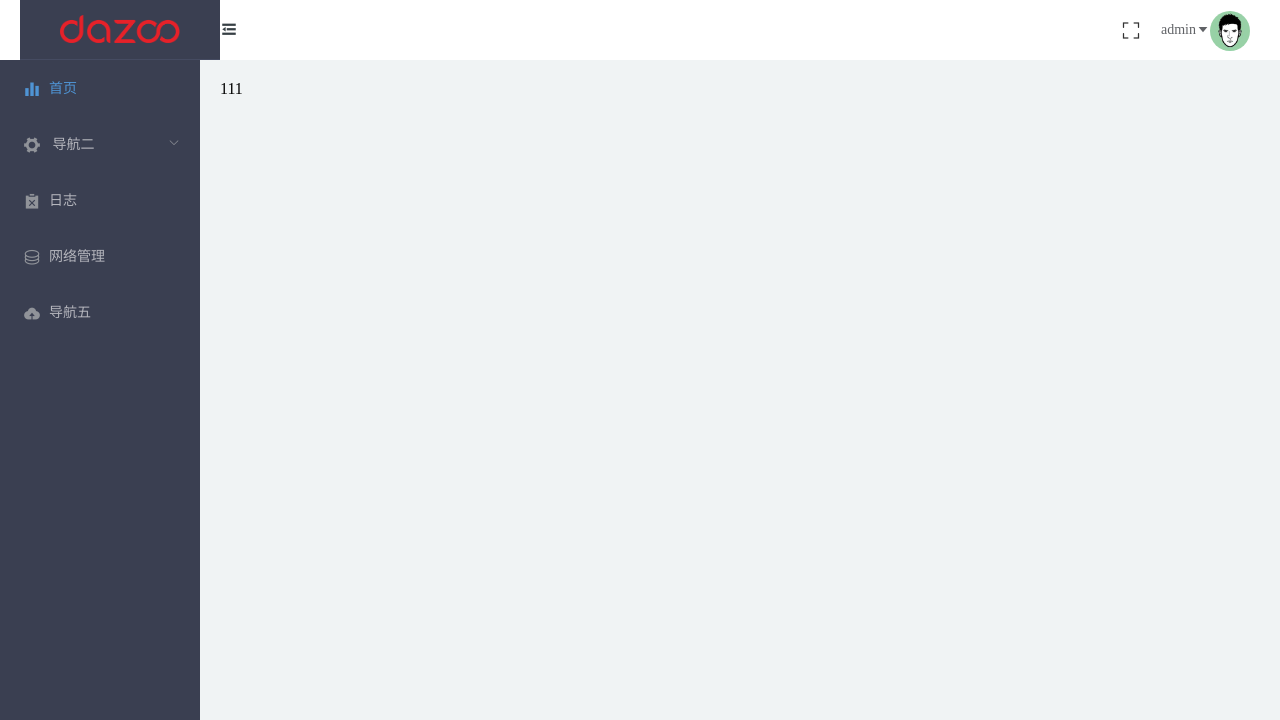
Repository: TomGodb/dazoo-admin
Page: /#/Home
An editor plug-in stored every save of this project. The page is shown before and after a run of saves, followed by the edit.
The browser window is 1280 px wide. The pictures show the whole page.
The project was rebuilt for these pictures with package versions that can differ from the ones it lists, and the page was loaded fresh each time. Also part of the build but not shown: vue.config.js, src/components/SlideVerify/index.vue, src/utils/request.js, src/views/login/http.js, src/views/login/index.vue.

Above is the page before, as saved 2021-01-23 10:45:24.

### public/index.html
<!DOCTYPE html>
<html lang="">
  <head>
    <meta charset="utf-8">
    <meta http-equiv="X-UA-Compatible" content="IE=edge">
    <meta name="viewport" content="width=device-width,initial-scale=1.0">
    <link rel="icon" href="<%= BASE_URL %>favicon.ico">
    <title>运维管理后台</title>
  </head>
  <body>
    <noscript>
      <strong>We're sorry but <%= htmlWebpackPlugin.options.title %> doesn't work properly without JavaScript enabled. Please enable it to continue.</strong>
    </noscript>
    <div id="app"></div>
    <!-- built files will be auto injected -->
  </body>
</html>

### src/main.js
import Vue from "vue";
import App from "./App.vue";
import router from "./router";
import store from "./store";
import ElementUI from 'element-ui';
import 'element-ui/lib/theme-chalk/index.css';
Vue.config.productionTip = false;
Vue.use(ElementUI);
new Vue({
  router,
  store,
  render: h => h(App)
}).$mount("#app");

### src/App.vue
<template>
  <div id="app">
    <!-- <div id="nav">
      <router-link to="/">Home</router-link> |
      <router-link to="/about">About</router-link>
    </div> -->
    <router-view />
  </div>
</template>

<style lang="less">
* {
  padding: 0;
  margin: 0;
}
body,
html {
  height: 100%;
}
#app {
  font-family: "\5FAE\8F6F\96C5\9ED1";
  height: 100%;
}

// #nav {
//   padding: 30px;
//   a {
//     font-weight: bold;
//     color: #2c3e50;
//     &.router-link-exact-active {
//       color: #42b983;
//     }
//   }
// }
</style>

### src/router/index.js
import Vue from "vue";
import VueRouter from "vue-router";

import login from "@v/login/index.vue";
import Home from "@/Home/index.vue";
Vue.use(VueRouter);
import module from './modole'

export const currencyRoutes = [{
    path: "/",
    name: "login",
    component: login,
  },
  {
    path: "/Home",
    name: "Home",
    component: Home,
    redirect: "/dashbord",
    children: module,

  },
];
const router = new VueRouter({
  mode: "hash",
  base: process.env.BASE_URL,
  routes: currencyRoutes
});

export default router;

### src/store/index.js
import Vue from "vue";
import Vuex from "vuex";
import getters from "./getters"

Vue.use(Vuex);
export default new Vuex.Store({
  state: {
    opened: false
  },
  mutations: {
    SET_OPENED(state) {
      state.opened = !state.opened;
    },
  },
  actions: {},
  modules: {},
  getters
});

### src/Home/index.vue
<template>
  <div class="home-container">
    <el-container>
      <el-header> <m-header></m-header></el-header>
      <el-container>
        <el-aside :width="opened ? '64px' : '200px'">
          <el-menu
            :default-active="activeMenu"
            class="el-menu-vertical-demo"
            background-color="#3a3f51"
            text-color="#b5b6bd"
            active-text-color="rgb(79, 148, 212)"
            mode="vertical"
            :collapse-transition="false"
            router
            :collapse="opened"
          >
            <NavMenu :navMenus="menuData"></NavMenu>
          </el-menu>
        </el-aside>
        <el-main>
          <transition name="fade-page" mode="out-in">
            <router-view></router-view> </transition
        ></el-main>
      </el-container>
    </el-container>
    <!-- <el-container>
      <el-aside :width="opened ? '64px' : '200px'">
        <el-menu
          :default-active="activeMenu"
          class="el-menu-vertical-demo"
          background-color="#3a3f51"
          text-color="#b5b6bd"
          active-text-color="rgb(79, 148, 212)"
          mode="vertical"
          :collapse-transition="false"
          router
          :collapse="opened"
        >
          <NavMenu :navMenus="menuData"></NavMenu>
        </el-menu>
      </el-aside>
      <el-container>
        <el-header>
          <m-header></m-header>

        </el-header>
        <el-main>
          <transition name="fade-page" mode="out-in">
            <router-view></router-view>
          </transition>
        </el-main>
      </el-container>
    </el-container> -->
  </div>
</template>

<script>
import NavMenu from "./NavMenu";
import { mapGetters } from "vuex";
import MHeader from "./Header";
import { menuData } from "./NavMenu/meunDataRouter";
export default {
  components: {
    NavMenu,
    MHeader,
  },
  data() {
    return {
      menuData,
    };
  },
  computed: {
    activeMenu() {
      return this.$route.path;
    },
    ...mapGetters(["opened"]),
  },
};
</script>

<style lang="less" scoped>
.el-header,
.el-footer {
  // background-color: #b3c0d1;
  color: #333;
  // text-align: center;
  // line-height: 60px;
}
.home-container {
  height: 100%;
  .el-aside {
    transition: width 0.3s;
    overflow: hidden;
    background-color: rgb(58, 63, 81);
  }
  .el-menu {
    border-right: 0px !important;
  }
  .fade-page-enter-active,
  .fade-page-leave-active {
    transition: all 0.5s;
  }
  .fade-page-enter {
    opacity: 0;
    transform: translateX(-30px);
  }
  .fade-page-leave-to {
    opacity: 0;
    transform: translateX(-30px);
  }
}
.el-container {
  // height:calc(100% - 60px);
  height: 100%;
}
.el-main {
  background-color: #f0f3f4;
}
</style>
<style>
.el-menu--collapse .el-submenu__title span {
  display: none;
}
/*隐藏 > */
.el-menu--collapse .el-submenu__title .el-submenu__icon-arrow {
  display: none;
}
.el-header{
  padding: 0px;
}
</style>

### src/router/modole/index.js
import aaa from './aaa'
let routesArray = []

let toArray = (pages) => {
  Object.keys(pages).forEach((key) => {
    let obj = pages[key]
    Object.keys(obj).forEach((key) => {
      routesArray.push(obj[key])
    })
  })
}
toArray([aaa])

export default routesArray

### src/store/getters.js

const getters ={
    opened(state){
        return state.opened
    }
}
export default getters;

### src/Home/NavMenu/index.vue
<template>
  <div class="navMenu">

    <template v-for="navMenu in navMenus">
      <!-- 最后一级菜单 -->
      <el-menu-item
        v-if="!navMenu.children && navMenu"
        :key="navMenu.id"
        :data="navMenu"
        :index="navMenu.path"
      >
        <i :class="navMenu.meta.icon"></i>
        <span slot="title">{{ navMenu.meta.title }}</span>
      </el-menu-item>
      <!-- 此菜单下还有子菜单 -->
      <el-submenu
        v-if="navMenu.children && navMenu"
        :key="navMenu.id"
        :data="navMenu"
        :index="navMenu.path"
      >
        <template slot="title">
          <i :class="navMenu.meta.icon"></i>
          <span> {{ navMenu.meta.title }}</span>
        </template>
        <!-- 递归 -->
        <NavMenu :navMenus="navMenu.children"></NavMenu>
      </el-submenu>
    </template>
  </div>
</template>

<script>
import { mapGetters } from "vuex";
export default {
  computed: {
    ...mapGetters(["opened"]),
  },
  name: "NavMenu",
  props: ["navMenus"],
  data() {
    return {};
  },
  methods: {},
};
</script>
<style lang="less" scoped>
.header_l {
  border-bottom: 1px solid #454b61;
  width: 200px;
  height: 60px;
  line-height: 60px;
  text-align: center;
  color: white;
  font-size: 15px;
  font-weight: 700;
  img {
    height: 28px;
    vertical-align: middle;
    // margin-right: 8px;
    position: relative;
    top: -3px;
  }
}
</style>

### src/Home/Header/index.vue
<template>
  <div class="sideCollapse">
    <div class="header_l" :style="{ width: opened ? '64px' : '200px' }">
      <img v-if="opened" src="@a/ImgSrc/Home-logo/dazoo-logo.png" alt="logo" />
      <img v-else src="@a/ImgSrc/Home-logo/logo.jpg" alt="logo" />
    </div>
    <div class="sideCollapse-left" id="domColapse">
      <i
        :class="{ 'el-icon-s-unfold': opened, 'el-icon-s-fold': !opened }"
        @click="toggleOpen()"
      ></i>
    </div>
    <div class="sideCollapse-right">
      <user-dropdown></user-dropdown>
    </div>
  </div>
</template>

<script>
import { mapGetters } from "vuex";
import UserDropdown from "./UserDropdown";
export default {
  components: {
    UserDropdown,
  },
  computed: {
    ...mapGetters(["opened"]),
    // toggleClass() {
    //   return {
    //     'el-icon-s-unfold': this.opened === 'true',
    //     'el-icon-s-fold': this.opened !== 'true'
    //   }
    // }
  },
  methods: {
    toggleOpen() {
      this.$store.commit("SET_OPENED");
    },
  },
};
</script>
<style lang="less" scoped>
.sideCollapse-left {
  float: left;

  font-size: 18px;
  color: #363f44;
  cursor: pointer;
}
.sideCollapse {
  background-color: white;
  line-height: 60px;
  height: 100%;
}
.sideCollapse-right {
  float: right;
}
.header_l {
  transition: width 0.3s;
  float: left;
  background-color: #3a3f51;
  border-bottom: 1px solid #454b61;
  width: 200px;
  height: 59px;
  // line-height: 59px;
  text-align: center;
  color: white;
  font-size: 15px;
  font-weight: 700;
  img {
    height: 28px;
    vertical-align: middle;
    // margin-right: 8px;
    position: relative;
    top: -3px;
  }
}
</style>

### src/Home/NavMenu/meunDataRouter.js
const menuData = [{
        id: 1,
        meta: {
            title: "首页",
            icon: "el-icon-s-data"
        },
        path: "/dashbord",
    },
    {
        id: 2,
        meta: {
            title: "导航二",
            icon: "el-icon-s-tools"
        },
        path: "/dashbord/aaa",

        children: [{

            path: "/dashbord/aaa",
            meta: {
                title: "导航2-1",
                icon: "el-icon-s-tools"
            },
        }]
    },
    {
        id: 3,
        meta: {
            title: "日志",
            icon: "el-icon-s-release"
        },
        path: "/",
    },
    {
        id: 4,
        meta: {
            title: "网络管理",
            icon: "el-icon-coin"
        },
        path: "/",
    },
    {
        id: 5,
        meta: {
            title: "导航五",
            icon: "el-icon-upload"
        },
        path: "/",
    },
]

export {
    menuData
}

### src/router/modole/aaa.js
export default [{
        path: "/dashbord",
        name: "Dashbord",
        component: () => import("@v/dashbord"),
        meta: {
            title: "首页",
            icon: "el-icon-s-data"
        }
    },
    {
        path: "/dashbord/aaa",
        name: "aaa",
        component: () => import("@v/aaa"),
        meta: {
            title: "aaa",
            icon: "el-icon-s-data"
        }
    },
]

### src/Home/Header/UserDropdown.vue
<template>
  <div>
    <div class="hoverBag" @click="toggleFull">
      <i class="el-icon-full-screen iconFont"></i>
    </div>
    <el-dropdown class="userDd hoverBag" @command="handleCommand">
      <div class="userDrop">
        <span class="userDrop_text">
          admin<i class="el-icon-caret-bottom"></i
        ></span>
        <img src="@a/ImgSrc/header_images/user01.jpg" alt="user" />
      </div>
      <el-dropdown-menu solt="dropdown">
        <el-dropdown-item
          v-for="(item, index) in dropdownList"
          :key="index"
          :command="index"
        >
          <i :class="item.icon"></i>{{ item.title }}
        </el-dropdown-item>
        <!-- <el-dropdown-item>
          <i class=""></i>
        </el-dropdown-item>
        <el-dropdown-item divided>
          <i class=""></i>
        </el-dropdown-item> -->
      </el-dropdown-menu>
    </el-dropdown>
  </div>
</template>
<script>
import screenfull from "screenfull";
export default {
  data() {
    return {
      dropdownList: [
        {
          icon: "el-icon-s-home",
          title: "首页",
          path: "/Home",
        },
        {
          icon: "el-icon-s-custom",
          title: "个人信息",
          path: "/dashbord/aaa",
        },
        {
          icon: "el-icon-switch-button",
          title: "登出",
          path: "/",
        },
      ],
    };
  },
  methods: {
    handleCommand(index) {
      this.$router.push(this.dropdownList[index].path);
    },
    toggleFull() {
      screenfull.toggle();
    },
  },
};
</script>
<style lang="less" scoped>
.iconFont {
  font-size: 20px;
  vertical-align: middle;
}
.userDrop img {
  vertical-align: middle;
  display: inline-block;
  width: 40px;
  height: 40px;
  border-radius: 50%;
  vertical-align: middle;
}

.hoverBag {
  cursor: pointer;
  height: 100%;
  padding: 0px 10px;
  float: left;
}
.hoverBag:hover {
  background: #f0f3f4;
}
</style>

### src/views/dashbord/index.vue
<template>
<div>
    111
</div>
</template>
<script>
export default {
    data(){
        return {

        }
    }
}
</script>
<style lang="less" scoped>

</style>

After the next 2 saves:
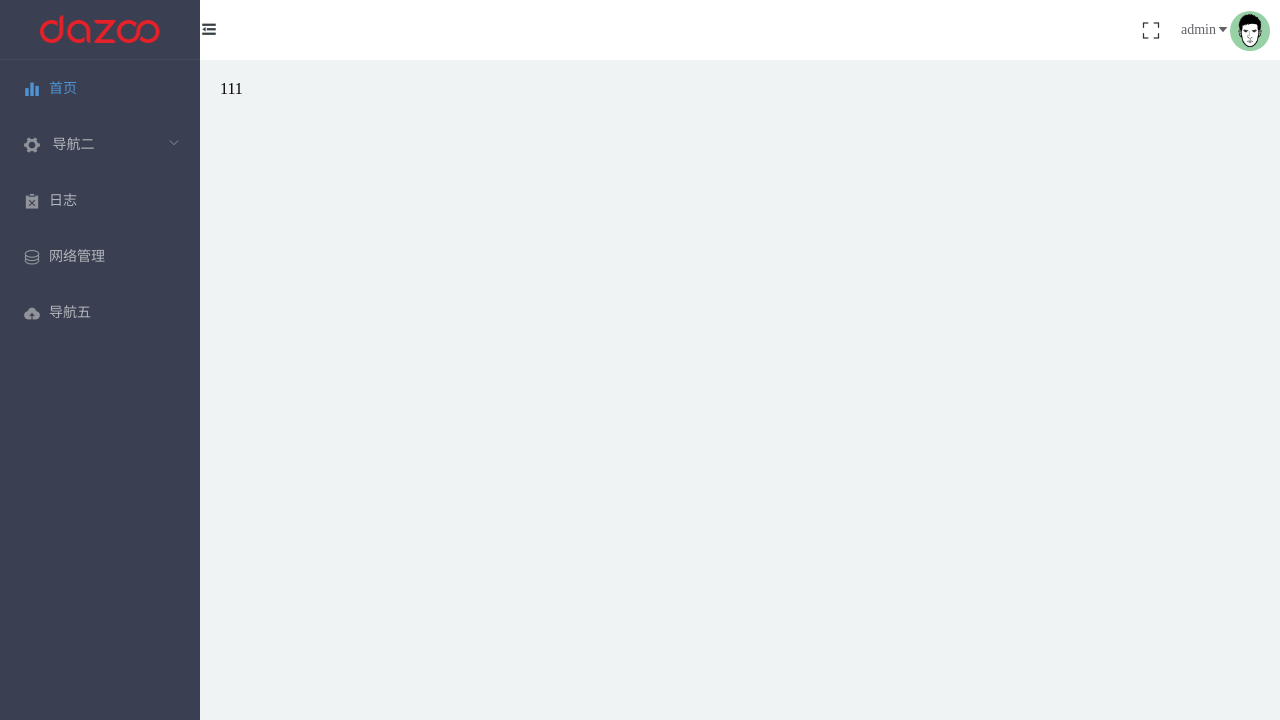
The 2 saves are shown as one change because they came seconds apart.
The last was saved 11 s later.
--- a/src/Home/index.vue
+++ b/src/Home/index.vue
@@ -127,6 +127,6 @@ export default {
   display: none;
 }
 .el-header{
-  padding: 0px;
+  padding: 0px  !important;
 }
 </style>
